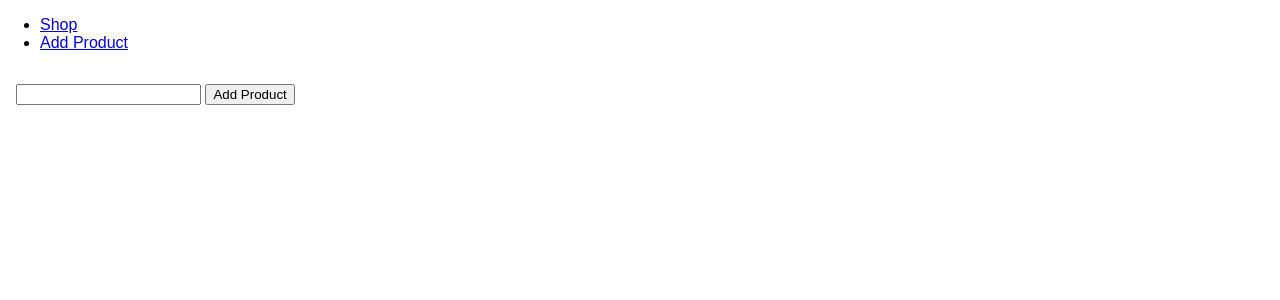
Repository: Hardyy00/NodeJS
Page: http://localhost/add-products
These files come from the project's save history. The page is drawn as it stood at one moment and after the next save; the edit follows.
The browser window is 1280 px wide. The pictures show the whole page.
The page is served by the project's Node server (app.js).

Above is the page before, as saved 2024-01-06 15:55:48.

After the next save:
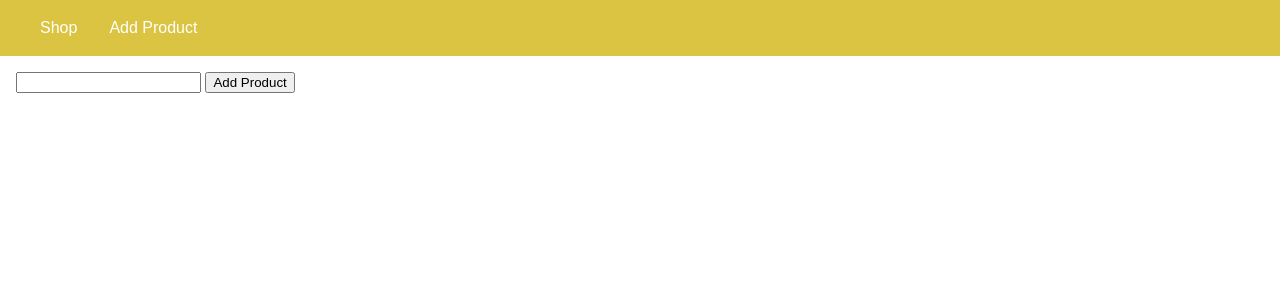
Saved 26 s later.
--- a/Dynamic-Routes-And-Advanced-Models/views/add-product.html
+++ b/Dynamic-Routes-And-Advanced-Models/views/add-product.html
@@ -53,15 +53,16 @@
     </style>
   </head>
   <body>
-    <header>
-      <nav>
-        <ul>
-          <li><a href="/">Shop</a></li>
-          <li><a href="/add-products">Add Product</a></li>
+    <header class="main-header">
+      <nav class="main-header__nav">
+        <ul class="main-header__item__list">
+          <li class="main-header__item"><a href="/">Shop</a></li>
+          <li class="main-header__item">
+            <a href="/add-products">Add Product</a>
+          </li>
         </ul>
       </nav>
     </header>
-
     <main>
       <form action="/add-products" method="POST">
         <input type="text" name="title" />
